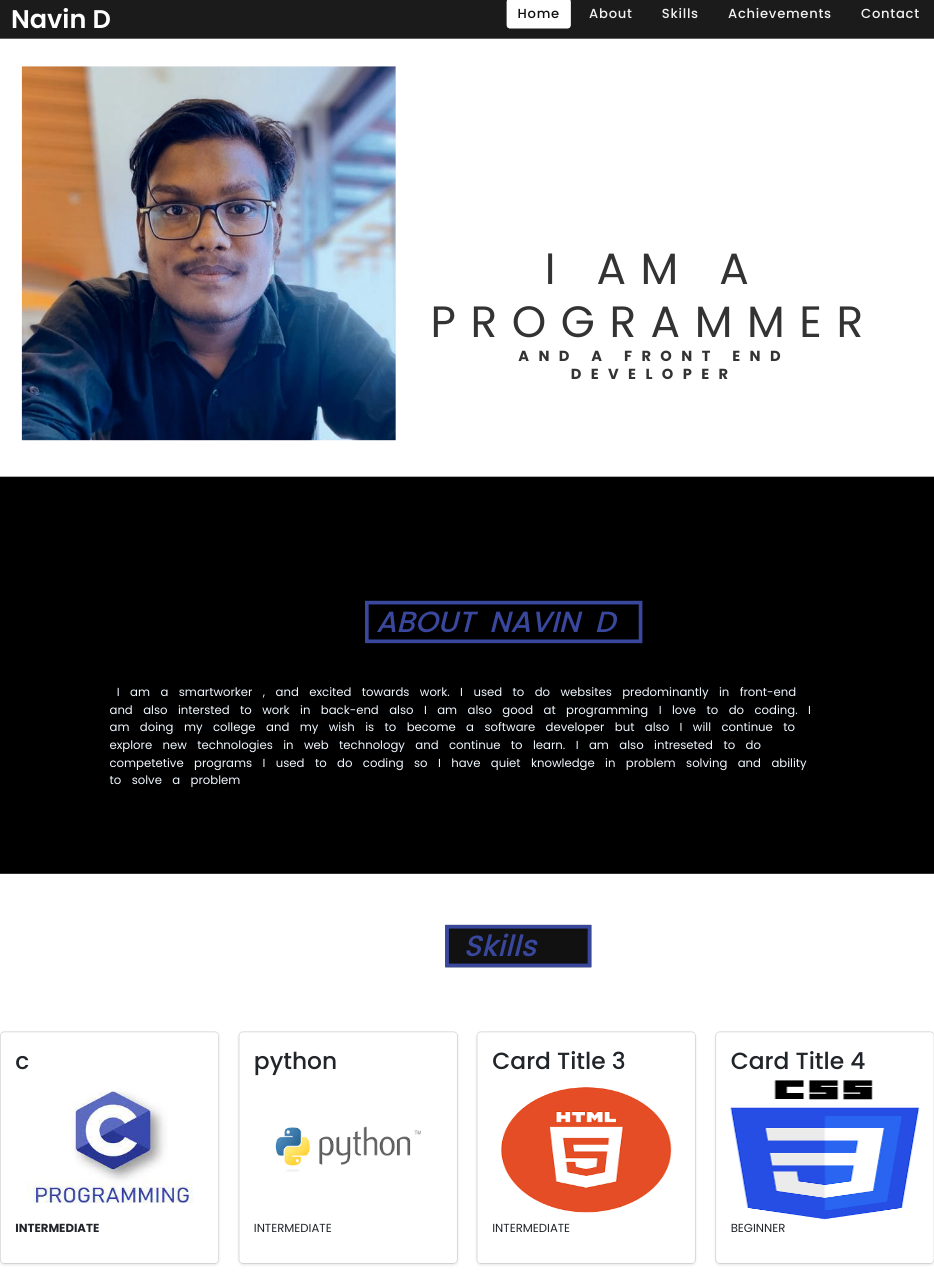
Repository: NavinDayanithi/OIBSIP
Page: Portfolio/index.html
An editor plug-in stored every save of this project. The page is shown before and after the next save, followed by the edit.
The browser window is 1280 px wide. The pictures show the whole page, at 73% of full size.

Above is the page before, as saved 2023-02-21 20:15:55.
Console error: TypeError: Cannot read properties of undefined (reading 'fn')

After the next save:
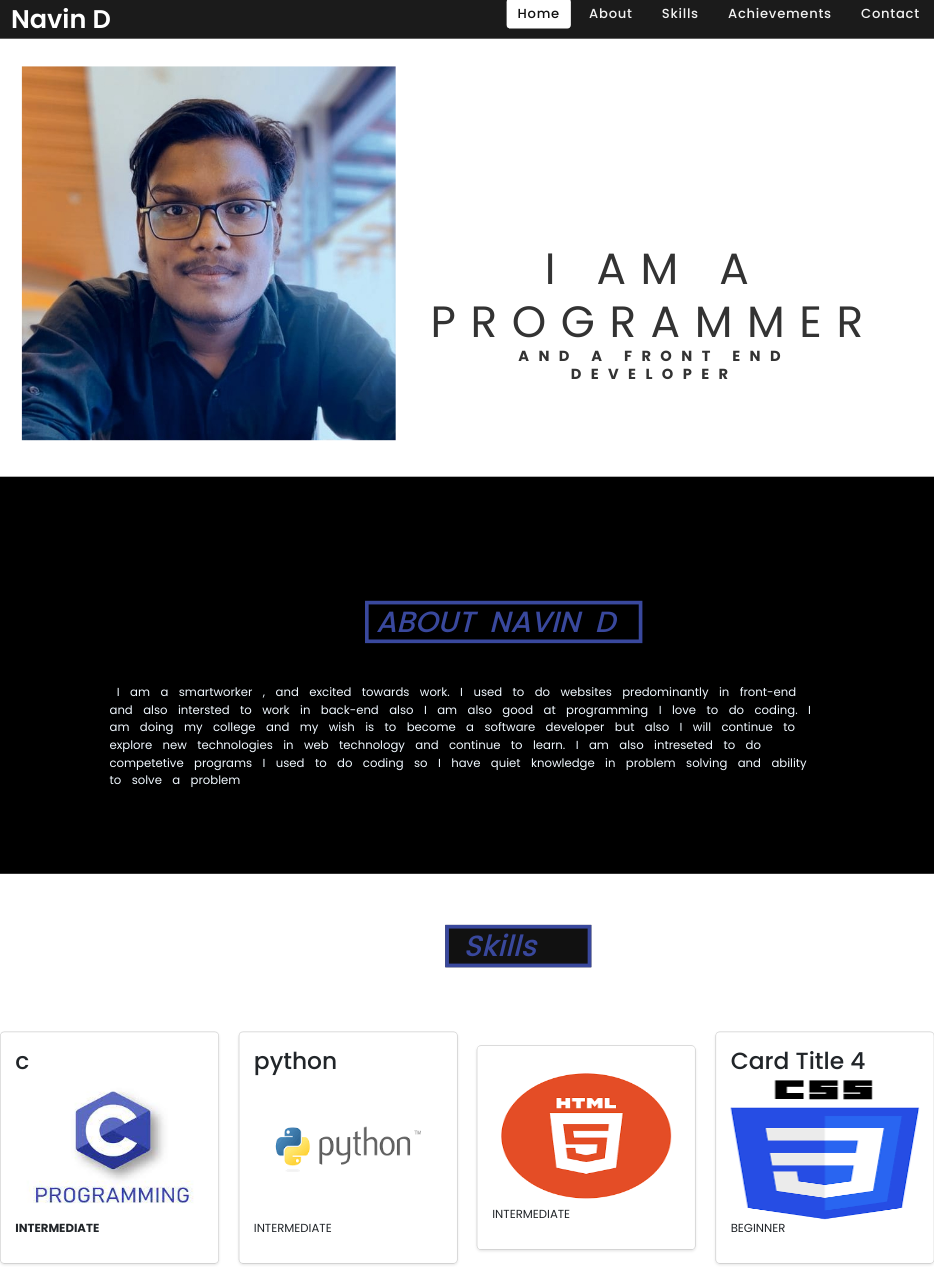
Saved 82 s later.
--- a/Portfolio/index.html
+++ b/Portfolio/index.html
@@ -70,7 +70,7 @@
      <p>INTERMEDIATE</p>
    </div>
    <div class="card">
-     <h2>Card Title 3</h2>
+     <h2></h2>
      <img class ="html" src="htmllogo.png"></img>
      <p>INTERMEDIATE</p>
    </div>
